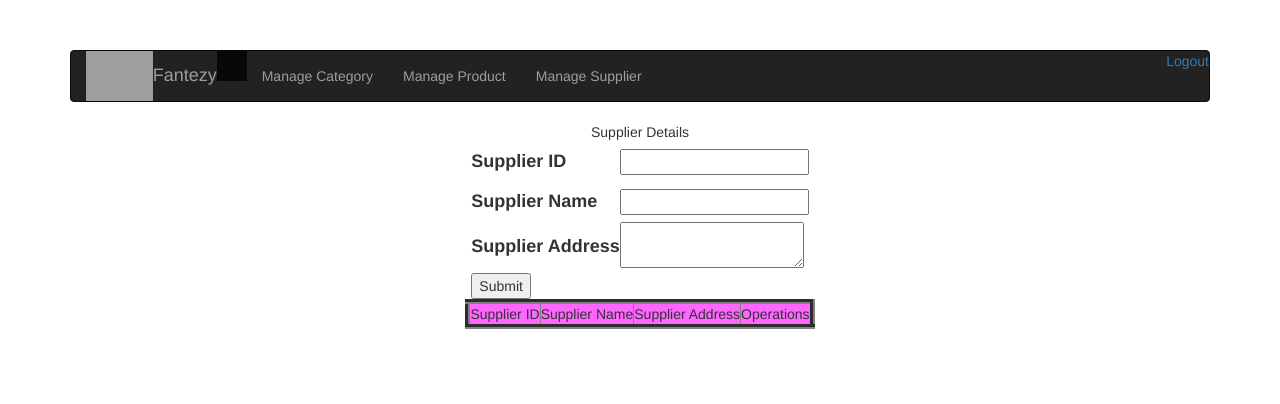
Repository: Safna93/java-programs
Page: http://localhost/FantezyFrontendProject/WEB-INF/views/Supplier.jsp
The author's editor kept a copy of each file at every save. The page is drawn from the files as they stood at one save, then again after the next save.
The browser window is 1280 px wide. The pictures show the whole page.
Pictures or frames that could not be fetched are drawn as grey boxes. Some web libraries are served in a nearby version. The page is served by Tomcat 9. Nobody is signed in. The template is opened directly, without the code that normally fills it, so the values that code supplies are empty.

Above is the page before, as saved 2017-07-11 10:02:09.

After the next save:
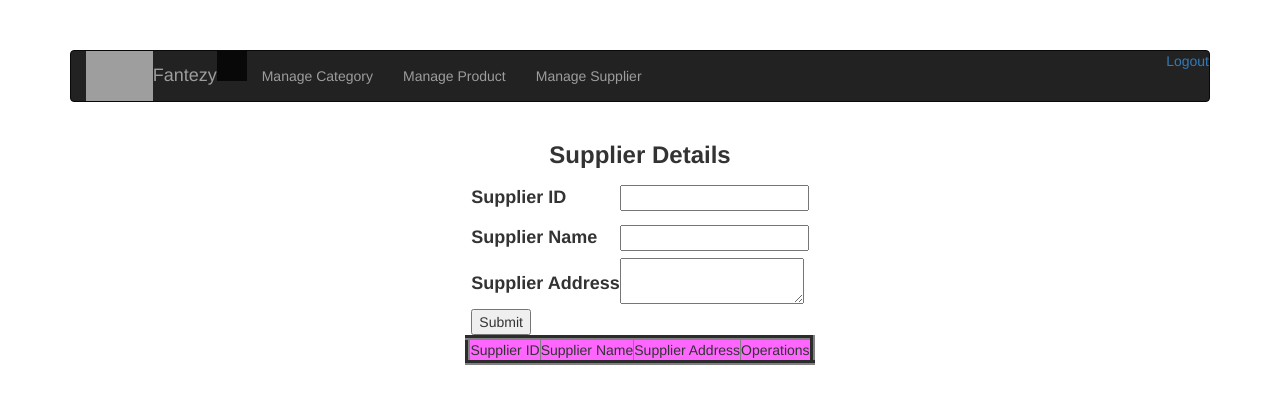
Saved 25 s later.
--- a/Fantezy Project/Fantezy/FantezyFrontendProject/src/main/webapp/WEB-INF/views/Supplier.jsp
+++ b/Fantezy Project/Fantezy/FantezyFrontendProject/src/main/webapp/WEB-INF/views/Supplier.jsp
@@ -8,7 +8,7 @@
 <form:form action="InsertSupplier" modelAttribute="supplier">
 <table align="center">
 			<tr>
-				<td colspan="2"><center>Supplier Details</center></td>
+				<td colspan="2"><center><h3><b>Supplier Details</b></h3></center></td>
 			</tr>
 			<tr>
 				<td><h4><b>Supplier ID</b></h4></td>
